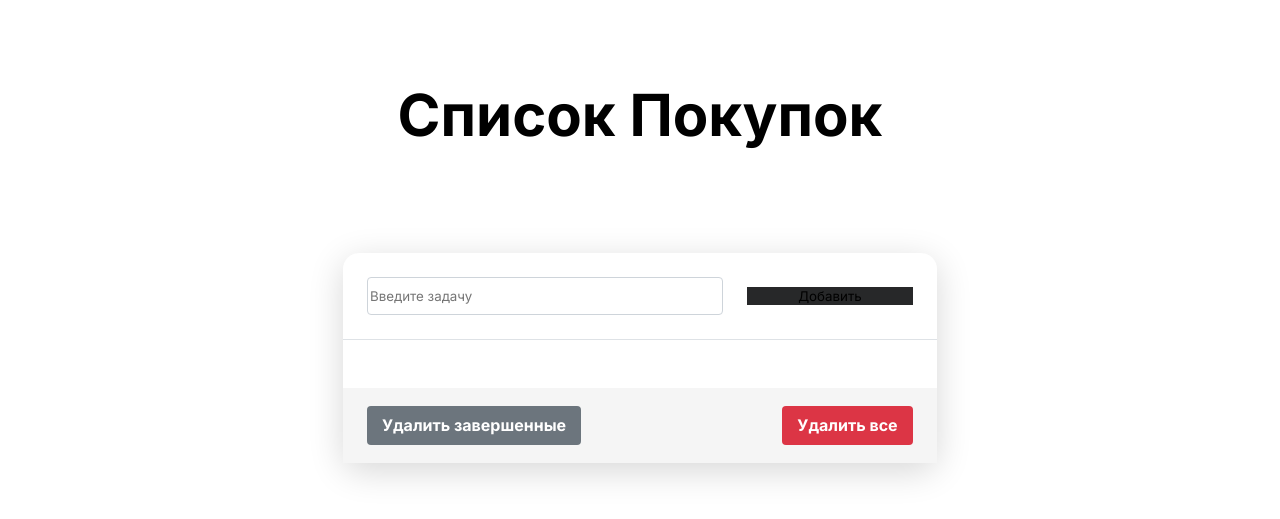
Repository: Tchistyakov/todolist
Page: /
The author's editor kept a copy of each file at every save. The page is drawn from the files as they stood at one save, then again after the next save.
The browser window is 1280 px wide. The pictures show the whole page.
The project was rebuilt for these pictures with package versions that can differ from the ones it lists, and the page was loaded fresh each time.

Above is the page before, as saved 2021-12-22 01:05:56.

After the next save:
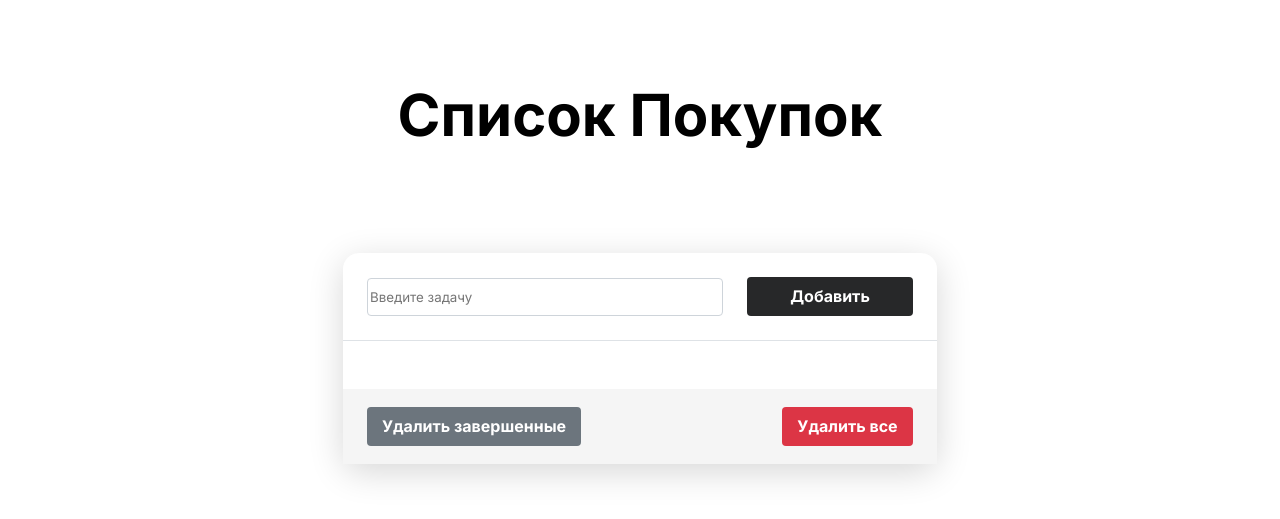
Saved 8 s later.
--- a/src/Component/Button.js
+++ b/src/Component/Button.js
@@ -1,4 +1,4 @@
-import style from './Button.css';
+import style from './Button.module.css';
 
 function Button({type, children}) {
     return (
